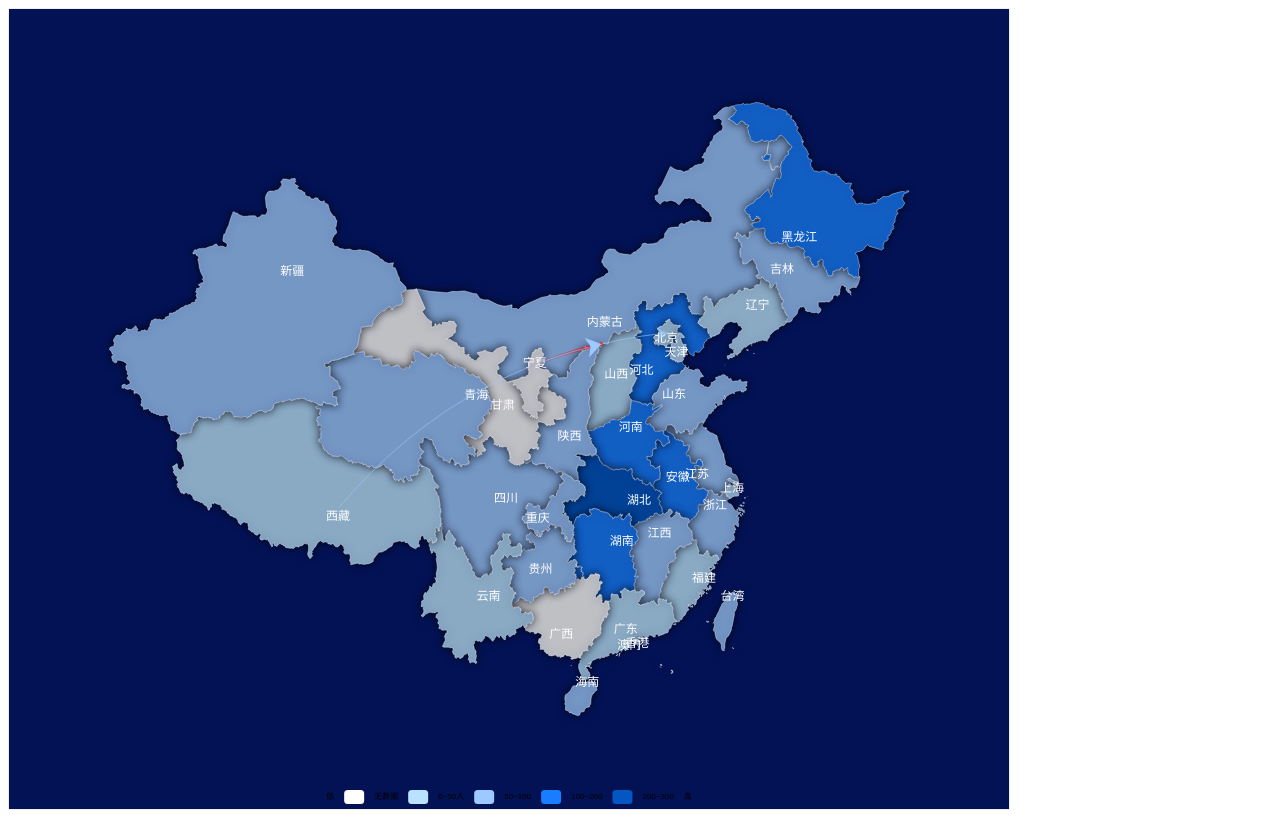
Repository: 572031690/echartssimple
Page: 21.地图常见效果_地图和散点图结合.html
The author's editor kept a copy of each file at every save. The page is drawn from the files as they stood at one save, then again after the next save.
The browser window is 1280 px wide. The pictures show the whole page.

Above is the page before, as saved 2021-08-11 14:56:58.

After the next save:
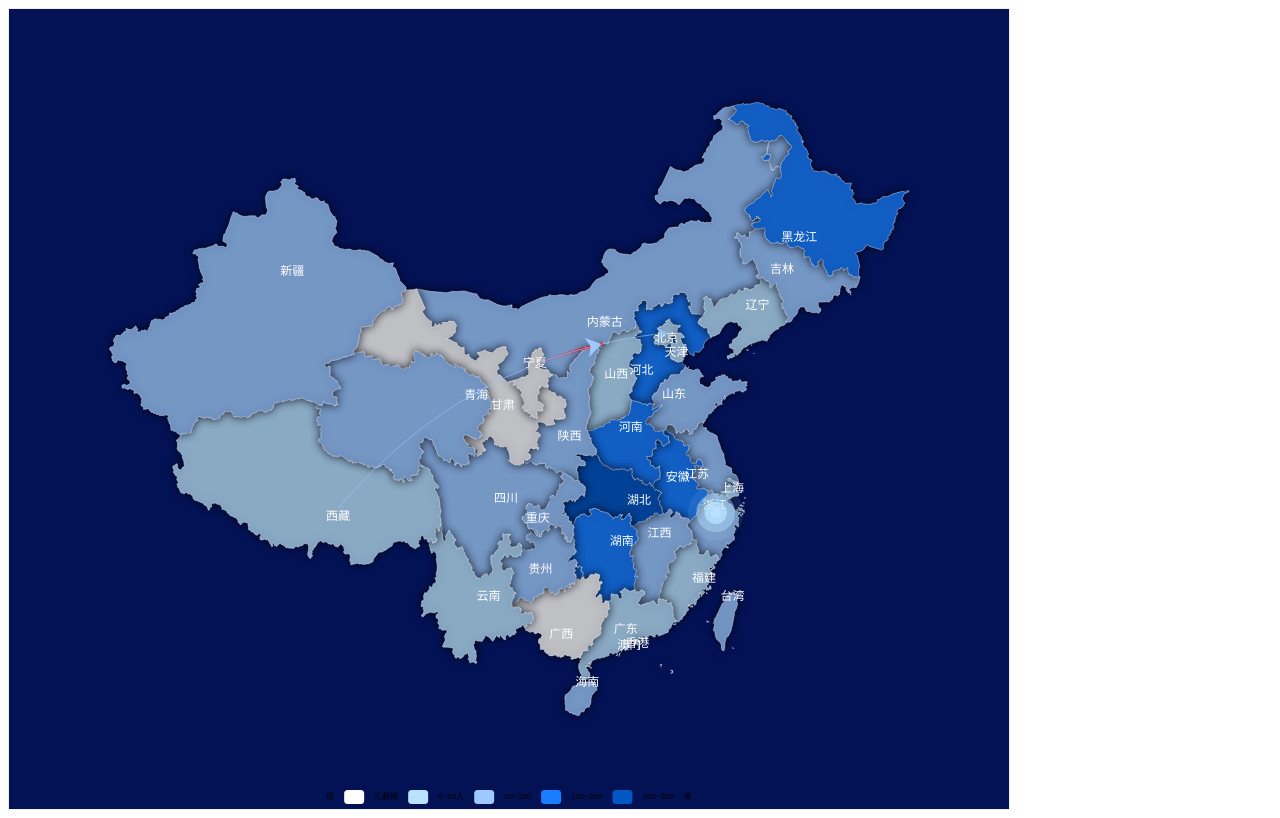
Saved 23 s later.
--- a/21.地图常见效果_地图和散点图结合.html
+++ b/21.地图常见效果_地图和散点图结合.html
@@ -156,7 +156,7 @@
                             }
                         },
                         data: [{coords:[[91.1865, 30.1465],[116.4551, 40.2539]],fromName:"拉萨",toName:"北京",value:100}]
-                    }
+                    },
                     // {
                     //     name: " 杭州 Top3",
                     //     type: "effectScatter",
@@ -191,24 +191,24 @@
                     //     //     };
                     //     // })
                     // }
-          // {
-          //   data: scatterData, // 配置散点的坐标数据
-          //   type: 'effectScatter',
-          //   coordinateSystem: 'geo', // 指明散点使用的坐标系统  geo的坐标系统
-          //   rippleEffect: {
-          //     scale: 6 // 设置涟漪动画的缩放比例
-          //   },
-          //   tooltip: {
-          //     textStyle: {
-          //       fontSize:10,
-          //     },
-          //     // 利用formatter来自定义tooltip展示的数据
-          //     formatter: function (params,ticket,callback) {
-          //       console.log(params);
-          //       return '公司总部：杭州钢材科技公司'
-          //     }
-          //   }
-          // }
+          {
+            data: scatterData, // 配置散点的坐标数据
+            type: 'effectScatter',
+            coordinateSystem: 'geo', // 指明散点使用的坐标系统  geo的坐标系统
+            rippleEffect: {
+              scale: 6 // 设置涟漪动画的缩放比例
+            },
+            tooltip: {
+              textStyle: {
+                fontSize:10,
+              },
+              // 利用formatter来自定义tooltip展示的数据
+              formatter: function (params,ticket,callback) {
+                console.log(params);
+                return '公司总部：杭州钢材科技公司'
+              }
+            }
+          }
         ],
         visualMap: {
           // type: 'continuous',
